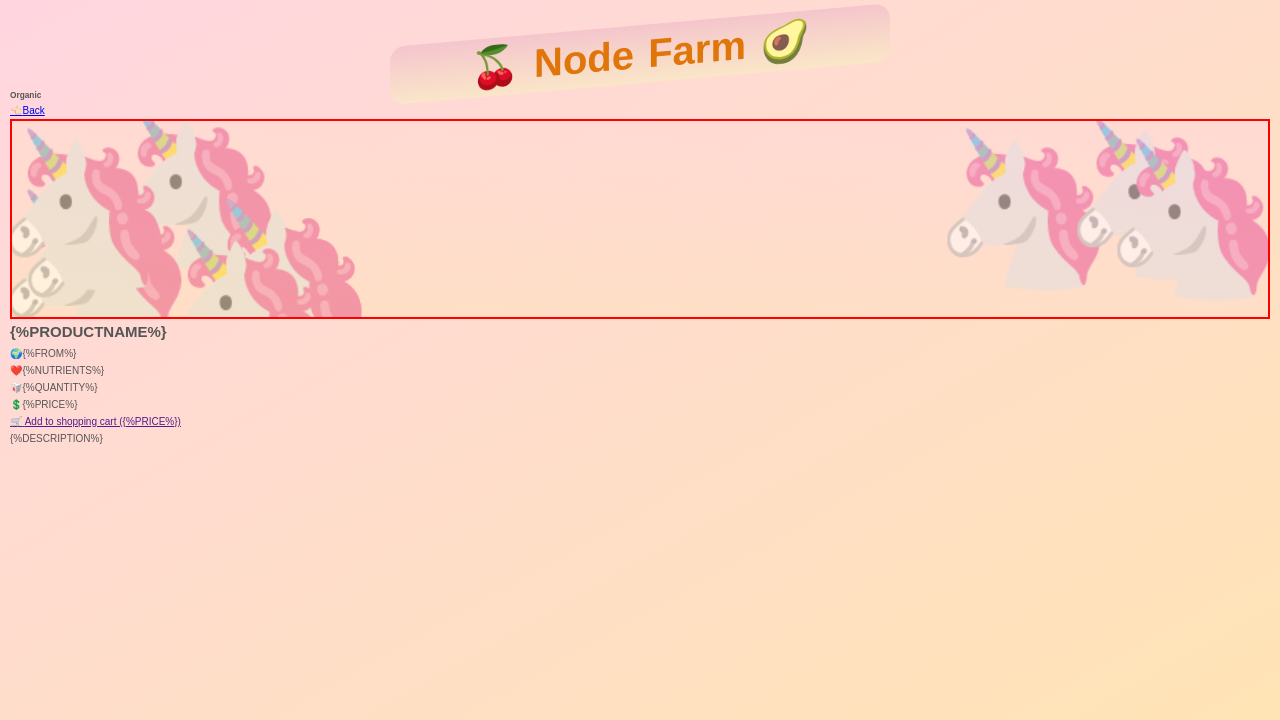
Repository: Kubraaygun/NodeFarm_Backend
Page: templates/product.html
These files come from the project's save history. The page is drawn as it stood at one moment and after the next save; the edit follows.
The browser window is 1280 px wide. The pictures show the whole page.

Above is the page before, as saved 2025-09-05 16:26:32.

### templates/product.html
<!DOCTYPE html>
<html lang="en">
  <head>
    <meta charset="UTF-8" />
    <meta name="viewport" content="width=device-width, initial-scale=1.0" />
    <title>{%PRODUCTNAME%} {%IMAGE%} /// NODE FARM</title>
    <style>
      *,
      *::before,
      *::after {
        margin: 0;
        padding: 0;
        box-sizing: inherit;
      }
      html {
        font-size: 10px;
        box-sizing: border-box;
      }
      body {
        padding: 20px 10px 10px;
        line-height: 1.7;
        font-family: sans-serif;
        color: #555;
        background: linear-gradient(to bottom right, #ffd6e0, #ffe4b5);
        min-height: 100vh;
      }

      h1 {
        font-size: 4rem;
        color: rgb(224, 117, 10);
        transform: skewY(-5deg);
        text-align: center;
        position: relative;
        word-spacing: 3px;
      }
      h1::before {
        content: "";
        display: block;
        height: 85%;
        width: 50%;
        max-width: 500px;
        min-width: 350px;
        background: linear-gradient(
          to bottom,
          #f0bdc9,
          /* canlı pembe */ #f8ebc3
        );
        position: absolute;
        z-index: -1;
        left: 50%;
        top: 50%;
        opacity: 0.7;
        transform: translate(-50%, -50%);
        border-radius: 15px;
      }

      .container {
        width: 100%;
        margin: 0 auto;
      }
      .product__hero {
        position: relative;
        height: 20rem;
        overflow: hidden;
        border: 2px solid red;
      }
      .product__hero::before {
        content: "";
        display: block;
        height: 100%;
        width: 100%;
        z-index: 100;
        position: absolute;
        top: 0;
        left: 0;
        background: linear-gradient(to left bottom, #ffd6e0, #ffe4b5);
        opacity: 0.5;
      }

      .product__emoji {
        font-size: 15rem;
        position: absolute;
      }
      .product__emoji--1 {
        top: -4rem;
        left: -2rem;
        z-index: 10;
      }
      .product__emoji--2 {
        top: -6rem;
        left: 9rem;
      }
      .product__emoji--3 {
        top: -4rem;
        right: 15rem;
      }
      .product__emoji--4 {
        top: -5rem;
        right: 2rem;
      }
      .product__emoji--5 {
        bottom: -9rem;
        left: 18rem;
      }
      .product__emoji--6 {
        bottom: -9rem;
        left: 18rem;
      }
      .product__emoji--7 {
        bottom: -12rem;
        left: 14rem;
      }
      .product__emoji--8 {
        bottom: -8rem;
        left: -2rem;
      }
      .product__emoji--9 {
        top: -3rem;
        right: -2rem;
      }
      .product__emoji--5 {
        bottom: -9rem;
        left: 18rem;
      }
    </style>
  </head>
  <body>
    <div class="container">
      <h1>🍒 Node Farm 🥑</h1>
      <figure class="product">
        <div class="product__organic {%NOT_ORGANIC%}">
          <h5>Organic</h5>
        </div>
        <a href="/overview" class="product__back">
          <span class="emoji-left">👈🏻</span>Back</a
        >
        <div class="product__hero">
          <span class="product__emoji product__emoji--1">🦄</span>
          <span class="product__emoji product__emoji--2">🦄</span>
          <span class="product__emoji product__emoji--3">🦄</span>
          <span class="product__emoji product__emoji--4">🦄</span>
          <span class="product__emoji product__emoji--5">🦄</span>
          <span class="product__emoji product__emoji--6">🦄</span>
          <span class="product__emoji product__emoji--7">🦄</span>
          <span class="product__emoji product__emoji--8">🦄</span>
          <span class="product__emoji product__emoji--9">🦄</span>
          <span class="product__emoji product__emoji--10">🦄</span>
        </div>

        <h2 class="product__name">{%PRODUCTNAME%}</h2>
        <div class="product__details">
          <p><span class="emoji-left">🌍</span>{%FROM%}</p>
          <p><span class="emoji-left">❤️</span>{%NUTRIENTS%}</p>
          <p><span class="emoji-left">🥡</span>{%QUANTITY%}</p>
          <p><span class="emoji-left">💲</span>{%PRICE%}</p>
        </div>

        <a href="" class="product__link">
          <span class="emoji-left">🛒</span>
          <span>Add to shopping cart ({%PRICE%})</span>
        </a>
        <p class="product__description">{%DESCRIPTION%}</p>
      </figure>
    </div>
  </body>
</html>

After the next save:
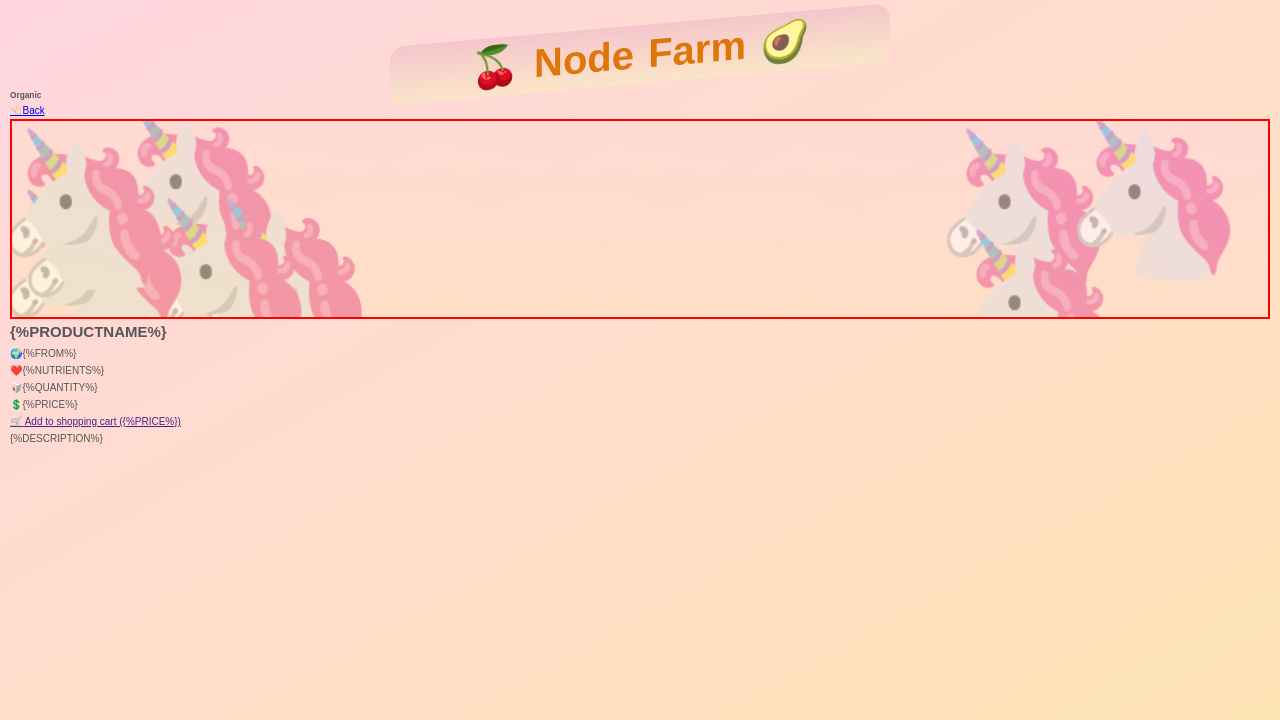
Saved 37 s later.
--- a/templates/product.html
+++ b/templates/product.html
@@ -108,17 +108,17 @@
       }
       .product__emoji--7 {
         bottom: -12rem;
-        left: 14rem;
+        right: 14rem;
       }
       .product__emoji--8 {
         bottom: -8rem;
         left: -2rem;
       }
       .product__emoji--9 {
-        top: -3rem;
-        right: -2rem;
+        top: 3rem;
+        left: 12rem;
       }
-      .product__emoji--5 {
+      .product__emoji-- {
         bottom: -9rem;
         left: 18rem;
       }
